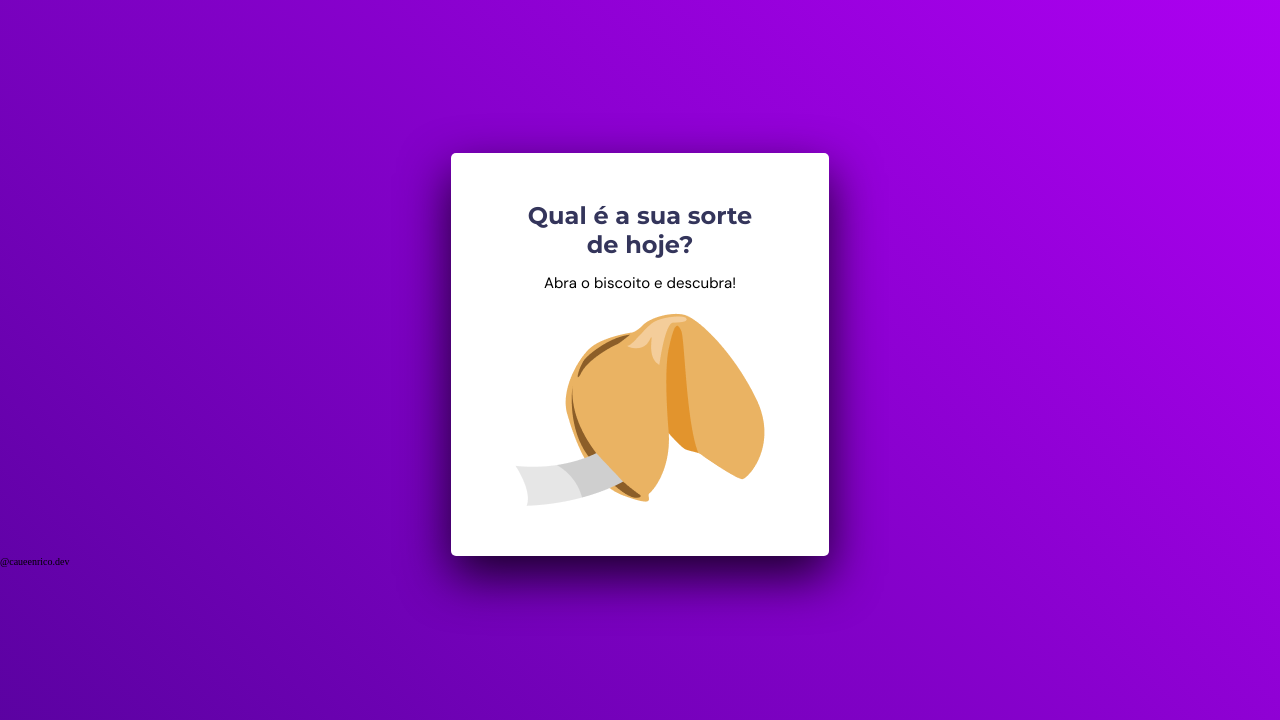
Repository: caueenrico/cookieCoach
Page: index.html
The author's editor kept a copy of each file at every save. The page is drawn from the files as they stood at one save, then again after the next save.
The browser window is 1280 px wide. The pictures show the whole page.

Above is the page before, as saved 2023-06-27 18:48:00.

### index.html
<!DOCTYPE html>
<html lang="en">
  <head>
    <meta charset="UTF-8" />
    <meta name="viewport" content="width=device-width, initial-scale=1.0" />
    <link rel="preconnect" href="https://fonts.googleapis.com" />
    <link rel="preconnect" href="https://fonts.gstatic.com" crossorigin />
    <link
      href="https://fonts.googleapis.com/css2?family=DM+Sans&family=Dancing+Script&family=Montserrat:wght@700&display=swap"
      rel="stylesheet"
    />
    <link rel="stylesheet" href="style.css" />
    <title>biscoito da sorte</title>
  </head>
  <body>
    <main>

      <div id='fechado' class="fechado">
        <h1>
          Qual é a sua sorte <br />
          de hoje?
        </h1>
        <p>Abra o biscoito e descubra!</p>
        <img src="/biscoitoClose.png" alt="" />
      </div>

      <div id='aberto' class="hide">
        <h1>
          Aqui está a sua sorte <br/> de hoje:
        </h1>

        <span>
          Se alguém está tão cansado que não possa te dar um sorriso, deixa-lhe o teu.
        </span>
        <img src="/opened-cookie.png" alt="" />

        <button>
          Abrir outro biscoito
        </button>
      </div>

    </main>

    <footer>@caueenrico.dev</footer>
  </body>
  <script src="script.js"></script>
</html>

### style.css
* {
  margin: 0;
  padding: 0;
  box-sizing: border-box;
}

:root {
  font-size: 62.5%;

  --fs-heading: 2.4rem;
  --ff-heading: "Montserrat", sans-serif;

  --fs-subt: 1.5rem;
  --ff-subt: "DM Sans", sans-serif;
}

body {
  height: 100vh;
  width: 100vw;
  display: flex;
  flex-direction: column;
  justify-content: center;

  background: linear-gradient(45deg, #190361, #bb00ff);
  animation: gradient 10s ease infinite;
  background-size: 200% 200%;
}

@keyframes gradient {
  0% {
    background-position: 0% 50%;
  }
  50% {
    background-position: 100% 50%;
  }
  100% {
    background-position: 0% 50%;
  }
}

main {
  margin: 0 auto;

  display: flex;
  flex-direction: column;
  align-items: center;
  justify-content: center;

  padding: 4.8rem 6.4rem;
  background-color: #fff;

  text-align: center;

  border-radius: 5px;
  box-shadow: 0px 20px 50px 0px rgba(0, 0, 0, 0.8);
}

main h1 {
  font-family: var(--ff-heading);
  font-size: var(--fs-heading);
  font-weight: 700;

  color: #34355b;
  margin-bottom: 1.4rem;
}

main p {
  font-size: var(--fs-subt);
  font-family: var(--ff-subt);

  margin-bottom: 2rem;
}

main img {
  width: 100%;
  flex-shrink: 0;
}

main img:hover {
  animation: treme 0.1s infinite;
}

@keyframes treme {
  0% {
    margin-left: 0;
  }
  25% {
    margin-left: 5px;
  }
  50% {
    margin-left: 0;
  }
  75% {
    margin-left: -5px;
  }
  100% {
    margin-left: 0;
  }
}

.hide {
  display: none;
}

span {
  display: flex;
  padding: 10px;
  text-align: center;
  width: 29.3rem;
  background: #e4edf1;
  font-size: 24px;
  font-family: Dancing Script;
  color: #000;

  box-shadow: 2px 2px 2px 0px rgba(85, 85, 85, 0.5);

  margin-bottom: 7rem;
  animation: aparece 2s ease;

}

@keyframes aparece {
  0% {
    transform: translateY(100px);
    opacity: 0;
  }
  100% {
    translate: translateY(0px);
    opacity: 1;
  }
}

.abriu {
  display: flex;
  flex-direction: column;
  align-items: center;
}

.abriu button {
  padding: 1.6rem;
  border-radius: 5px;

  border: none;

  font-size: 15px;
  font-family: DM Sans;
  font-weight: 700;

  color: #FFF;
  background: #FF9500;

  margin-top: 6.0rem;
}


footer{

}

### script.js
const container = document.querySelector('div')
const img = document.querySelector('img')
const aberto = document.getElementById('aberto')

const btn = document.querySelector('button')

const frasesMotivacionais = [
  "Acredite em si mesmo e tudo será possível.",
  "O único lugar onde o sucesso vem antes do trabalho é no dicionário.",
  "O sucesso é a soma de pequenos esforços repetidos dia após dia.",
  "Se você quer ser bem-sucedido, precisa ter dedicação total, buscar seu último limite e dar o melhor de si mesmo.",
  "O sucesso nasce do querer, da determinação e persistência em se chegar a um objetivo.",
  "A persistência é o caminho do êxito.",
  "Não tenha medo de desistir do bom para perseguir o ótimo.",
  "Não é o mais forte que sobrevive, nem o mais inteligente, mas o que melhor se adapta às mudanças.",
  "O sucesso é ir de fracasso em fracasso sem perder entusiasmo.",
  "O único modo de fazer um excelente trabalho é amar o que você faz.",
  "Grandes mentes discutem ideias; mentes medianas discutem eventos; mentes pequenas discutem pessoas.",
  "O sucesso normalmente vem para quem está ocupado demais para procurar por ele.",
  "A melhor vingança é um sucesso estrondoso.",
  "O maior prazer da vida é fazer aquilo que as pessoas dizem que você não é capaz.",
  "Para de perseguir o dinheiro e comece a perseguir o sucesso.",
  "A única maneira de fazer um ótimo trabalho é amar o que você faz.",
  "O que nos parece uma provação amarga pode ser uma bênção disfarçada.",
  "Nada é impossível, a palavra em si diz 'eu sou possível'.",
  "Acredite em seus sonhos e eles podem se tornar realidade.",
  "O sucesso é a soma de pequenos esforços repetidos diariamente.",
  "O otimismo é a fé em ação. Nada se pode levar a efeito sem otimismo.",
  "Se você não está disposto a arriscar, esteja disposto a uma vida comum.",
  "O sucesso é a capacidade de ir de fracasso em fracasso sem perder o entusiasmo.",
  "A motivação é o que faz você começar. O hábito é o que faz você continuar.",
  "O maior erro que você pode cometer é o de ficar o tempo todo com medo de cometer algum.",
  "Não importa a cor do céu. Quem faz o dia bonito é você.",
  "O sucesso nunca é definitivo e o fracasso nunca é fatal. É a coragem que conta.",
  "Se você quer algo que nunca teve, precisa fazer algo que nunca fez.",
  "Não tenha medo de desistir do bom para correr atrás do ótimo.",
  "O verdadeiro empreendedor é um fazedor, não um sonhador.",
  "Seja a mudança que você quer ver no mundo.",
  "A persistência é o caminho do êxito.",
  "O sucesso é a soma de pequenos esforços repetidos dia após dia.",
  "Você é capaz de fazer coisas incríveis.",
  "Acredite que você pode e já está no meio do caminho.",
  "O sucesso nasce do querer, da determinação e persistência em se chegar a um objetivo.",
]

img.addEventListener('click', () => {
  container.classList.toggle('hide')
  aberto.classList.toggle('hide' && 'abriu')
  fraseAleatoria()
})

btn.addEventListener('click', () => {
  container.classList.toggle('hide')
  aberto.classList.toggle('hide' && 'abriu')

})

function fraseAleatoria() {
  const fraseMotivacional = frasesMotivacionais[Math.round(Math.random() * frasesMotivacionais.length)]

  const fraseEmTela = document.getElementsByTagName('span')
  fraseEmTela[0].innerHTML = fraseMotivacional

  console.log(fraseEmTela)
}

After the next save:
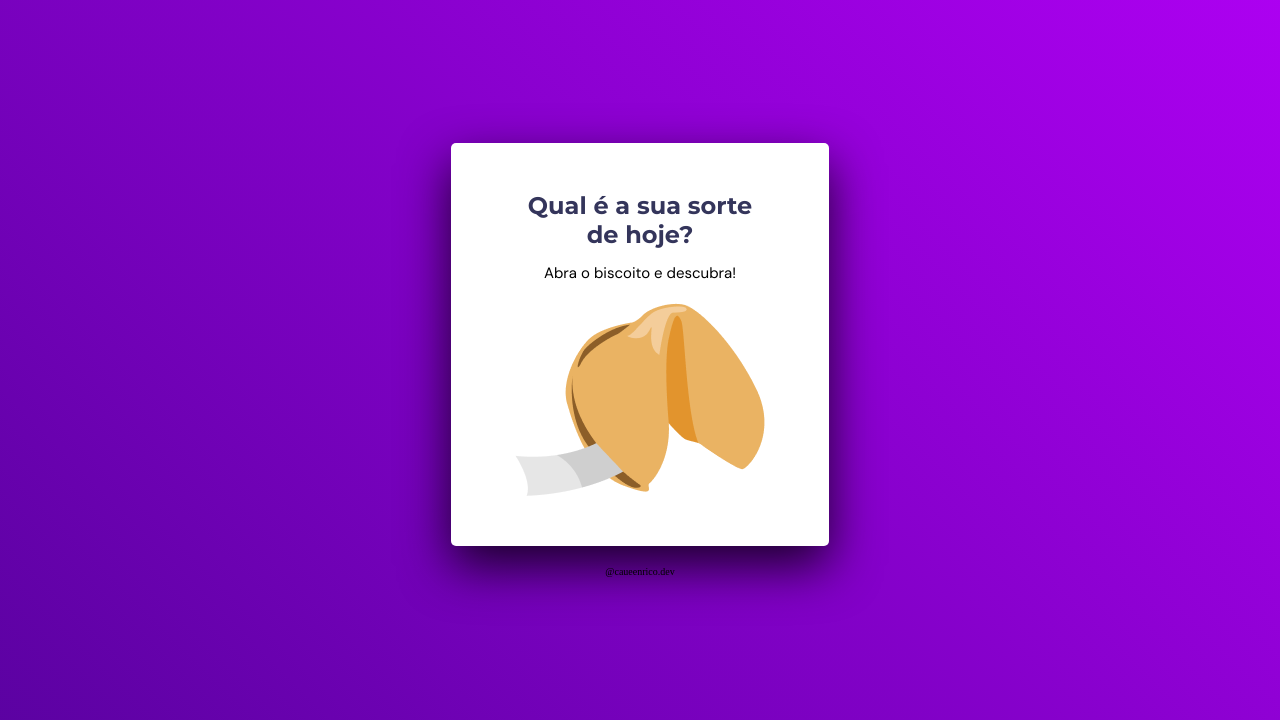
Saved 4 s later.
--- a/style.css
+++ b/style.css
@@ -154,5 +154,10 @@ span {
 
 
 footer{
+  display: flex;
+  flex-direction: column;
+  align-items: center;
+  justify-content: center;
 
+  margin-top: 2.0rem;
 }
